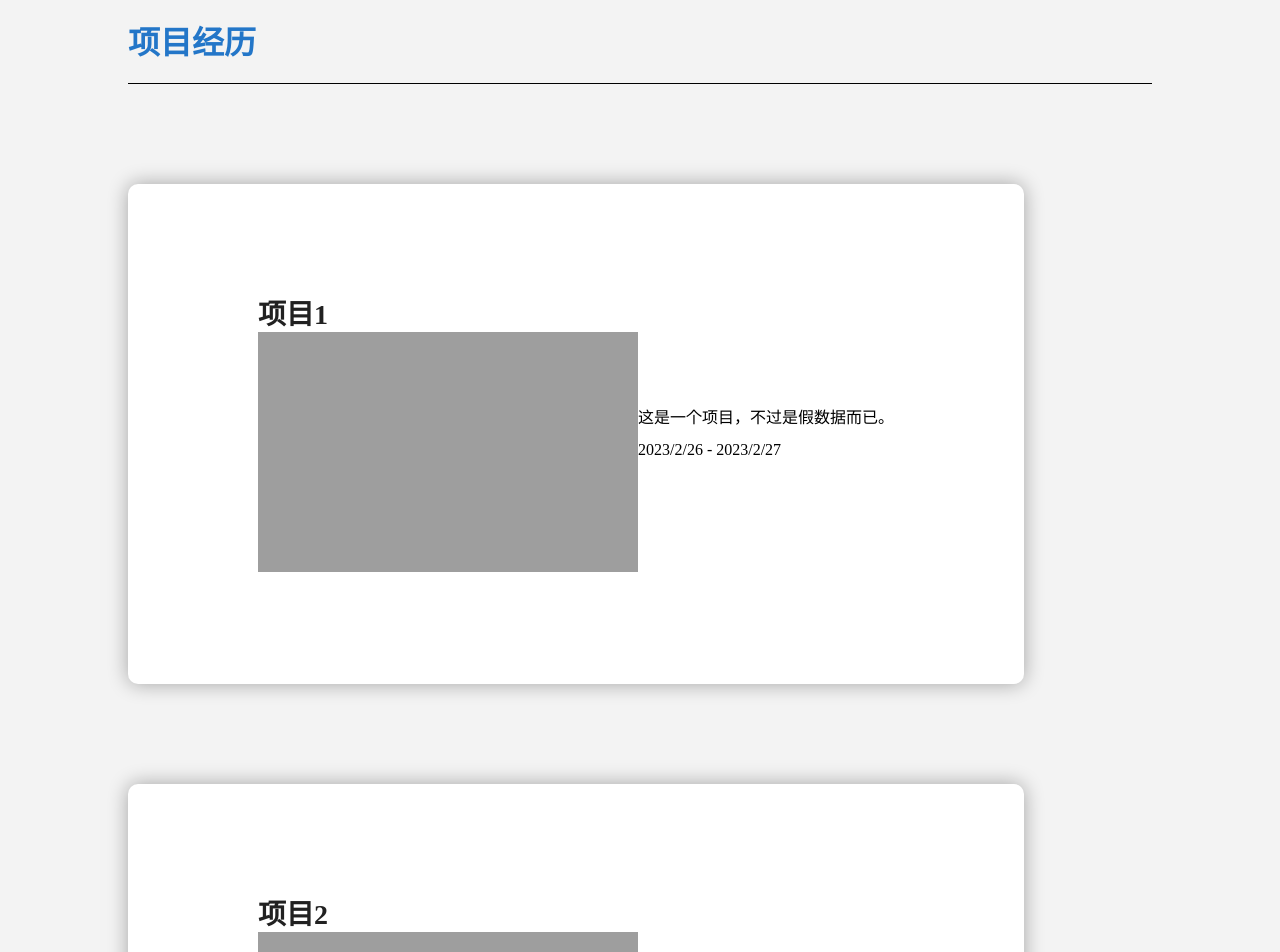
Repository: TheBiggestFatCat/myblog-frontend
Page: /
An editor plug-in stored every save of this project. The page is shown before and after the next save, followed by the edit.
The browser window is 1280 px wide. The pictures show the part of the page from y = 1132 to 2084 px (the page is 3166 px tall).
Pictures or frames that could not be fetched are drawn as grey boxes. The project was rebuilt for these pictures with package versions that can differ from the ones it lists, and the page was loaded fresh each time. Also part of the build but not shown: vite.config.ts.

Above is the page before, as saved 2023-02-26 11:57:16.

After the next save:
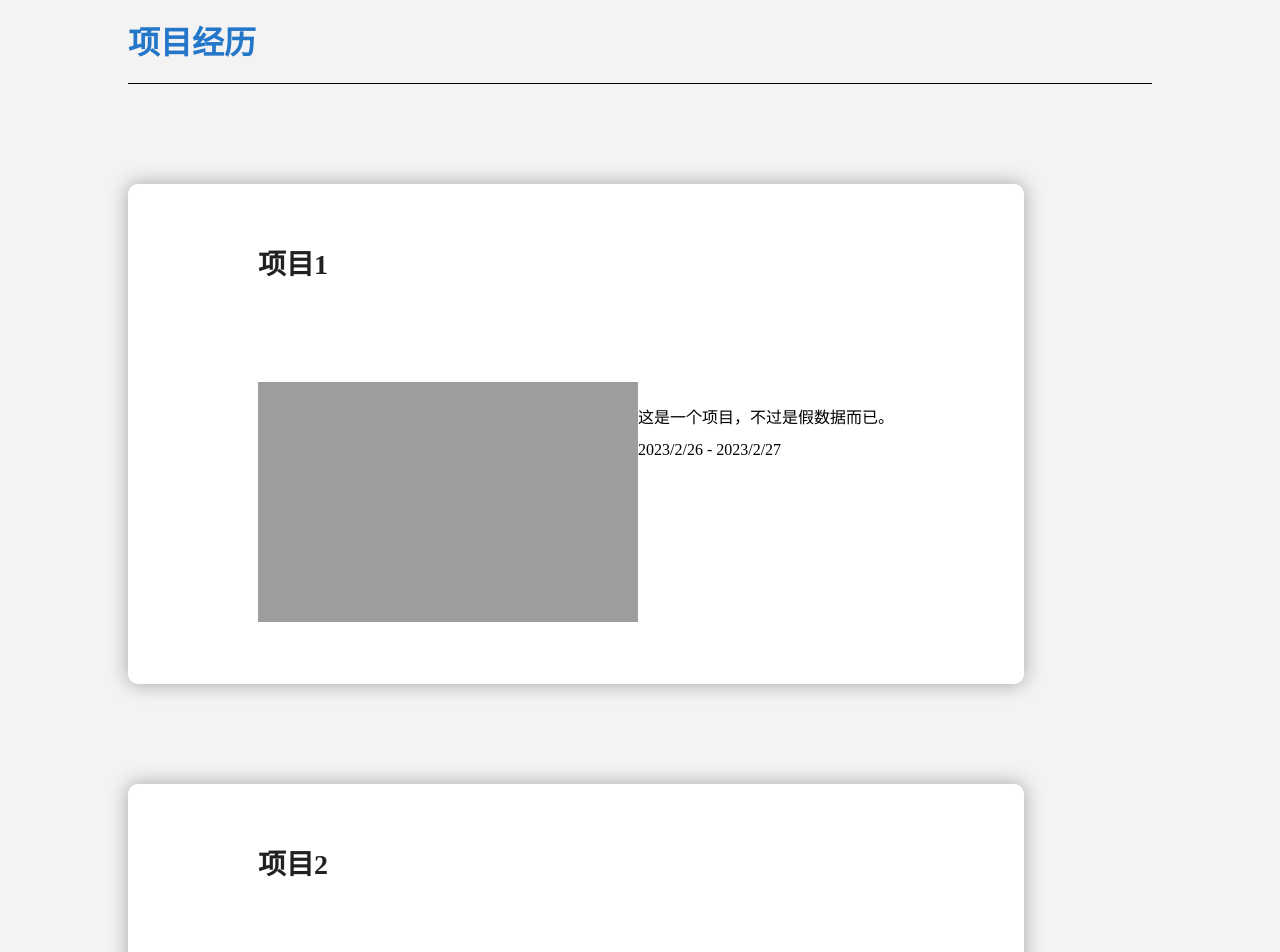
Saved 17 s later.
--- a/src/components/Home/Home.vue
+++ b/src/components/Home/Home.vue
@@ -254,7 +254,8 @@ const project = [
       .left {
         h3 {
           font-size: 28px;
-          color: #212121
+          color: #212121;
+          margin-bottom: 100px
         }
       }
       .right {
